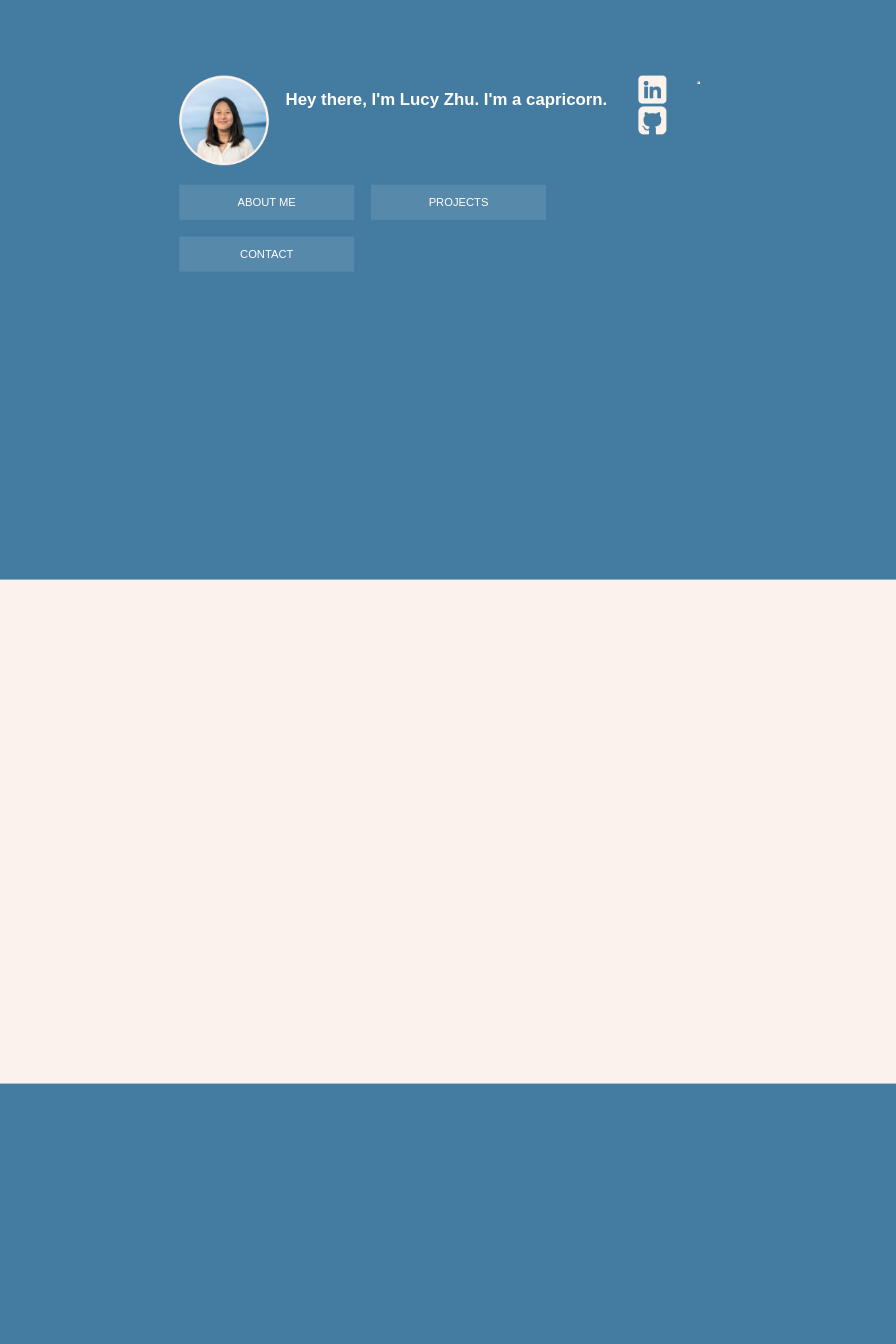
Repository: lukisoo/lukisoo-portfolio
Page: /
The author's editor kept a copy of each file at every save. The page is drawn from the files as they stood at one save, then again after the next save.
The browser window is 1280 px wide. The pictures show the part of the page from y = 0 to 1920 px (the page is 2988 px tall before and 2880 px after), at 70% of full size.
The project was rebuilt for these pictures with package versions that can differ from the ones it lists, and the page was loaded fresh each time.

Above is the page before, as saved 2022-07-31 06:20:32.

After the next save:
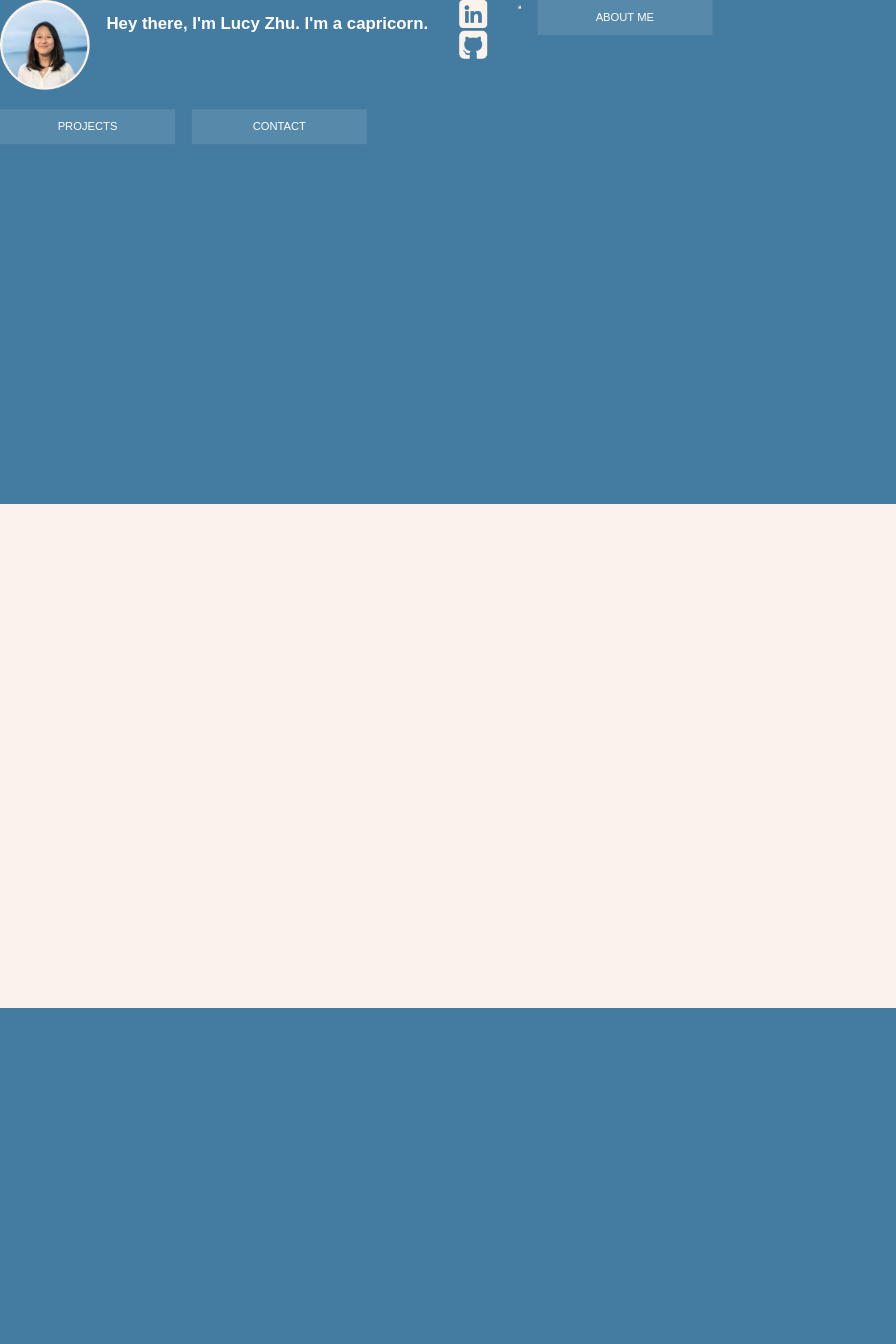
Saved 2 min 47 s later.
--- a/src/App.css
+++ b/src/App.css
@@ -7,14 +7,6 @@
 .full-section {
   height: 100vh;
   width: 100vw;
-}
-
-.section-content {
-  width: 60vw;
-  height: 70vh;
-  margin: 0 auto 0 auto;
-  margin-top: 15vh;
-  /* background-color: red; */
 }
 
 /* Buttons */
@@ -82,6 +74,15 @@
 }
 
 /* Header CSS */
+
+.header-content {
+  width: 60vw;
+  height: 70vh;
+  margin: 0 auto 0 auto;
+  margin-top: 15vh;
+  /* background-color: red; */
+}
+
 .header-divider {
   color: white;
   border-width: 2px;

After the 2 saves that followed:
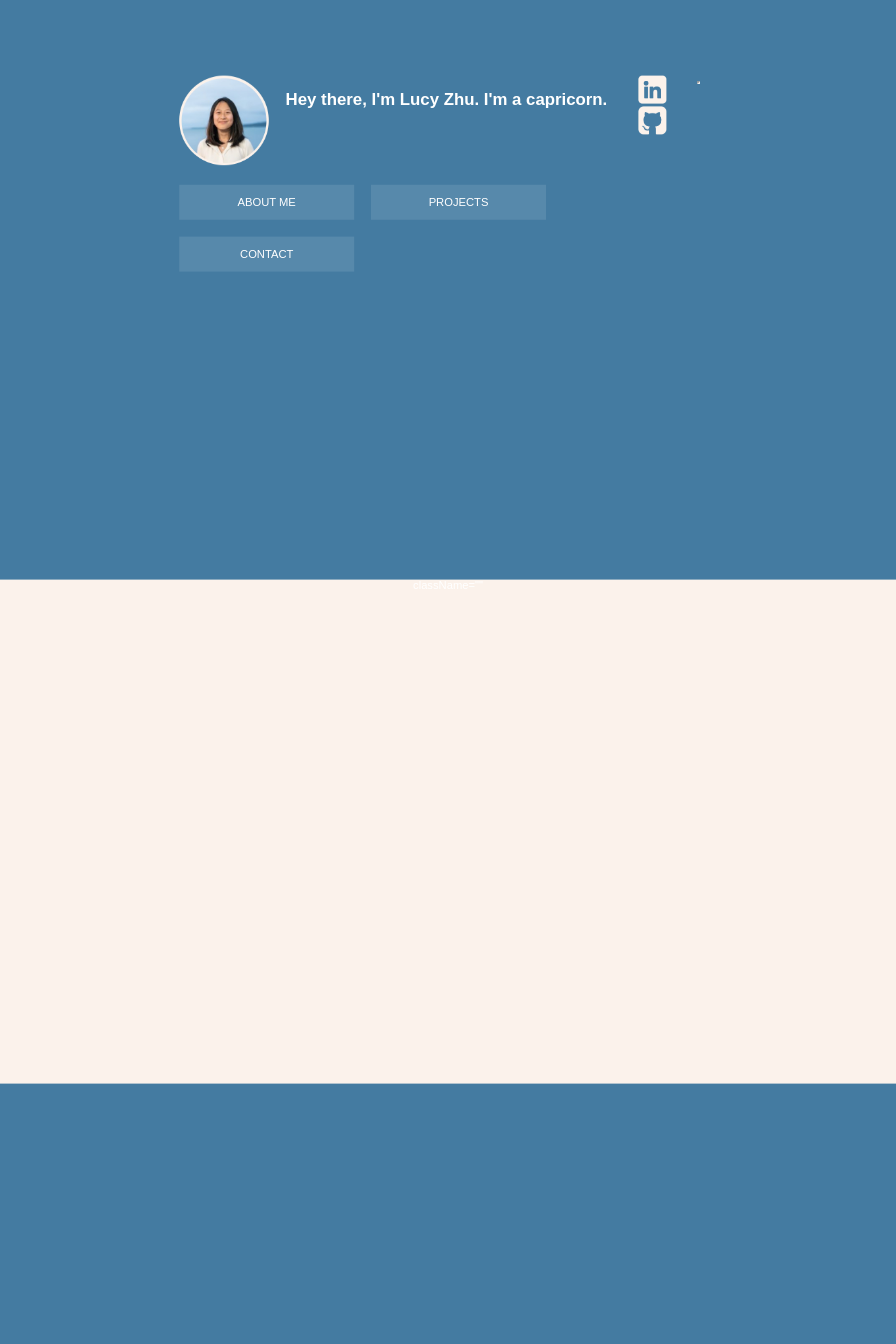
The 2 saves are shown as one change because 1 left the picture as it was.
The last was saved 2 min 32 s later.
--- a/src/App.js
+++ b/src/App.js
@@ -11,7 +11,7 @@ function App() {
   return (
     <div className="App">
       <header className="full-section">
-        <div className="section-content">
+        <div className="header-content">
           <Grid container spacing={3}>
             <Grid item xs={12} md={12}>
               <img
@@ -74,7 +74,11 @@ function App() {
         </div>
       </header>
 
-      <section id="about-me-section" className="full-section"></section>
+      <section id="about-me-section" className="full-section">
+        <div>
+          className=""
+        </div>
+      </section>
 
       <section id="projects-section" className="full-section"></section>
 
--- a/src/App.css
+++ b/src/App.css
@@ -74,7 +74,6 @@
 }
 
 /* Header CSS */
-
 .header-content {
   width: 60vw;
   height: 70vh;
@@ -105,9 +104,13 @@
 }
 
 /* About Me CSS */
-
 #about-me-section {
   background-color: #FBF2EB;
+}
+
+.about-me-content {
+  height: 100vh;
+  width: 100vw;
 }
 
 /* Projects CSS */
